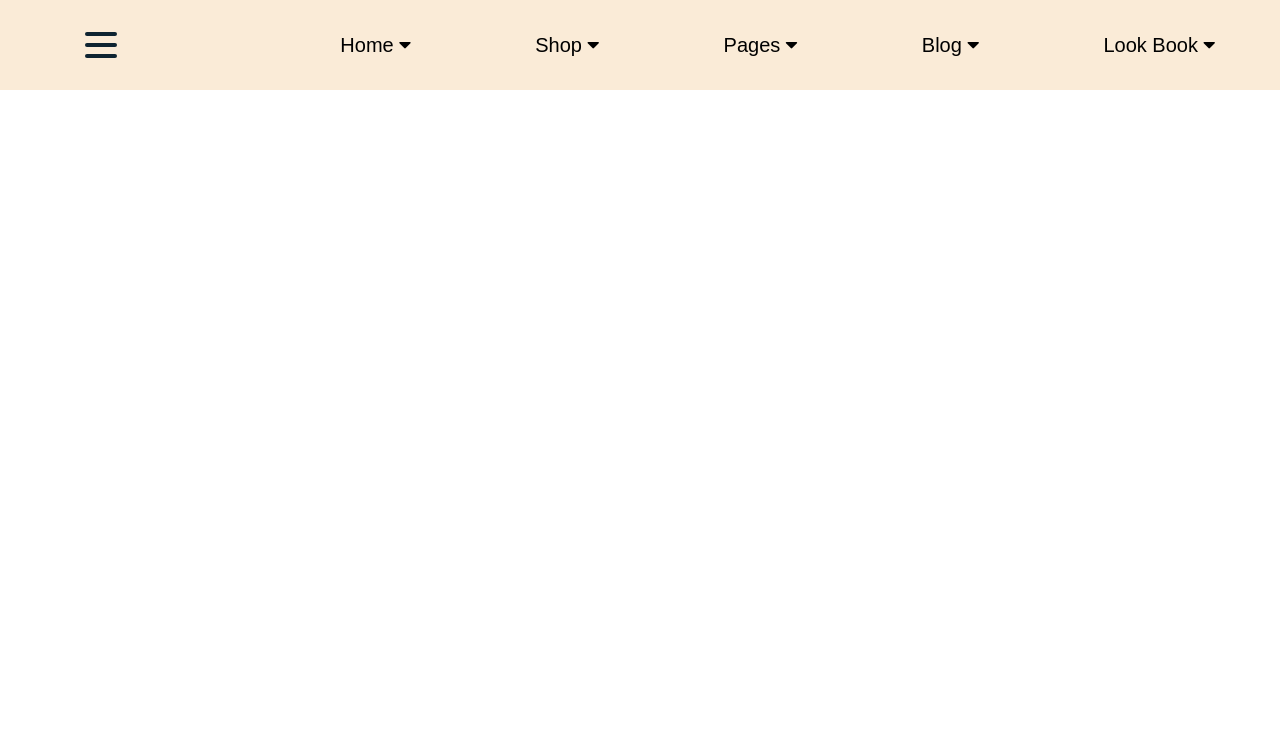
Repository: MorgunovaAlexandra/beauti
Page: index.html
The author's editor kept a copy of each file at every save. The page is drawn from the files as they stood at one save, then again after the next save.
The browser window is 1280 px wide. The pictures show the whole page.

Above is the page before, as saved 2022-08-24 14:00:35.

After the next save:
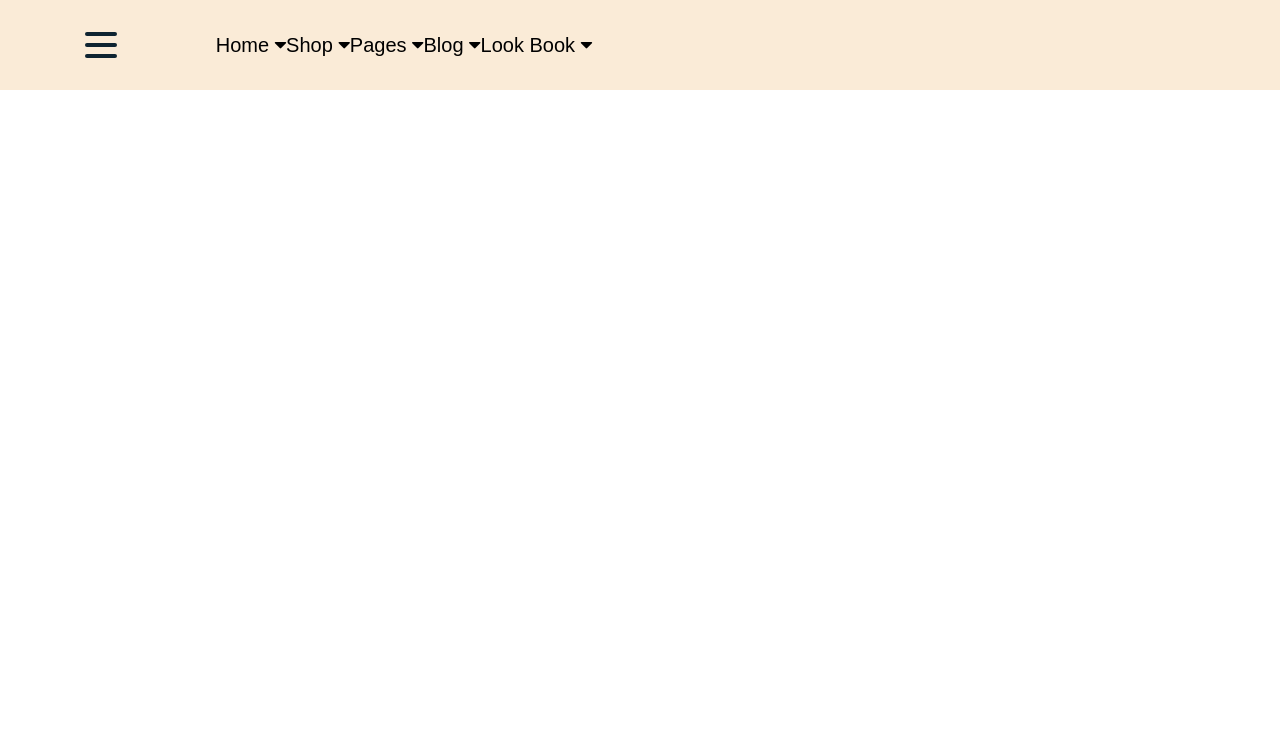
Saved 62 s later.
--- a/style.css
+++ b/style.css
@@ -61,7 +61,7 @@ a{
 }
 .header-nav{
     display: flex;
-    justify-content: space-between;
+
     align-items: center;
     height: 90px;
 }
